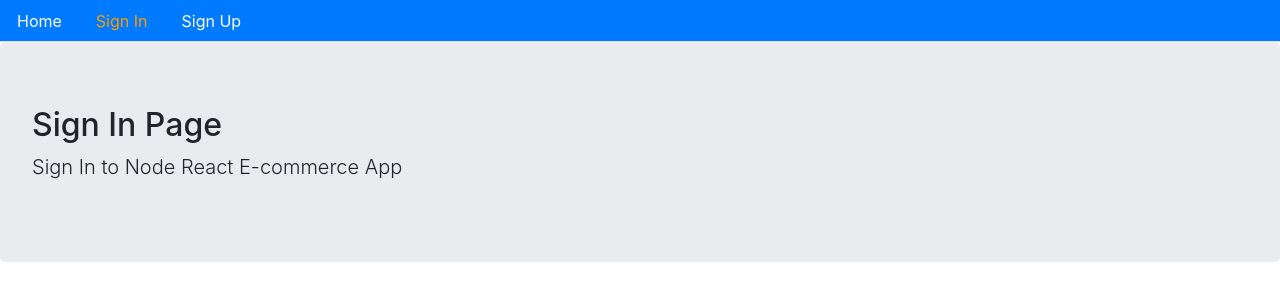
Repository: pragnyatata/Ecommerce
Page: /signin (app in ecommerce-front/)
An editor plug-in stored every save of this project. The page is shown before and after the next save, followed by the edit.
The browser window is 1280 px wide. The pictures show the whole page.
The project was rebuilt for these pictures with package versions that can differ from the ones it lists, and the page was loaded fresh each time. Also part of the build but not shown: ecommerce-front/src/App.js, ecommerce-front/src/user/Signup.js, ecommerce-front/src/core/Home.js.

Above is the page before, as saved 2020-01-18 21:16:04.

### ecommerce-front/public/index.html
<!DOCTYPE html>
<html lang="en">
  <head>
    <meta charset="utf-8" />
    <link rel="icon" href="%PUBLIC_URL%/favicon.ico" />
    <meta name="viewport" content="width=device-width, initial-scale=1" />
    <meta name="theme-color" content="#000000" />
    <meta
      name="description"
      content="Web site created using create-react-app"
    />
    <link rel="apple-touch-icon" href="%PUBLIC_URL%/logo192.png" />
    <link rel="manifest" href="%PUBLIC_URL%/manifest.json" />
    <link
      rel="stylesheet"
      href="https://maxcdn.bootstrapcdn.com/bootstrap/4.0.0/css/bootstrap.min.css"
      integrity="sha384-Gn5384xqQ1aoWXA+058RXPxPg6fy4IWvTNh0E263XmFcJlSAwiGgFAW/dAiS6JXm"
      crossorigin="anonymous"
    />

    <title>React App</title>
  </head>
  <body>
    <noscript>You need to enable JavaScript to run this app.</noscript>
    <div id="root"></div>
  </body>
</html>

### ecommerce-front/src/index.js
import React from "react";
import ReactDOM from "react-dom";
import App from "./App";
import Routes from "./Routes";
ReactDOM.render(<Routes />, document.getElementById("root"));

### ecommerce-front/src/Routes.js
import React, { Component } from "react";
import { BrowserRouter, Switch, Route } from "react-router-dom";
import Signup from "./user/Signup";
import Signin from "./user/Signin";
import Home from "./core/Home";
import Menu from "./core/Menu";
const Routes = () => {
  return (
    <BrowserRouter>
      <Menu />
      <Switch>
        <Route path="/" exact component={Home} />
        <Route path="/signin" exact component={Signin} />
        <Route path="/signup" exact component={Signup} />
      </Switch>
    </BrowserRouter>
  );
};
export default Routes;

### ecommerce-front/src/user/Signin.js
import React, { Component } from "react";
import Layout from "../core/Layout";
const Signin = () => (
  <Layout
    title="Sign In Page"
    description=" Sign In to Node React E-commerce App"
  ></Layout>
);
export default Signin;

### ecommerce-front/src/core/Menu.js
import React from "react";
import { Link, withRouter } from "react-router-dom";
const isActive = (history, path) => {
  if (history.location.pathname === path) return { color: "#ff9900" };
  return { color: "#ffffff" };
};

const Menu = ({ history }) => (
  <div>
    <ul className="nav nav-tabs bg-primary">
      <li className="nav-item">
        <Link className="nav-link" style={isActive(history, "/")} to="/">
          Home
        </Link>
      </li>
      <li className="nav-item">
        <Link
          className="nav-link"
          style={isActive(history, "/signin")}
          to="/signin"
        >
          Sign In{" "}
        </Link>
      </li>
      <li className="nav-item">
        <Link
          className="nav-link"
          style={isActive(history, "/signup")}
          to="/signup"
        >
          Sign Up
        </Link>
      </li>
    </ul>
  </div>
);
export default withRouter(Menu);

### ecommerce-front/src/core/Layout.js
import React from "react";
const Layout = ({
  title = "Title",
  description = "Description",
  className,
  children
}) => (
  <div>
    <div className="jumbotron">
      <h2>{title}</h2>
      <p className="lead">{description}</p>
    </div>
    <div className={className}>{children}</div>
  </div>
);
export default Layout;

After the next save:
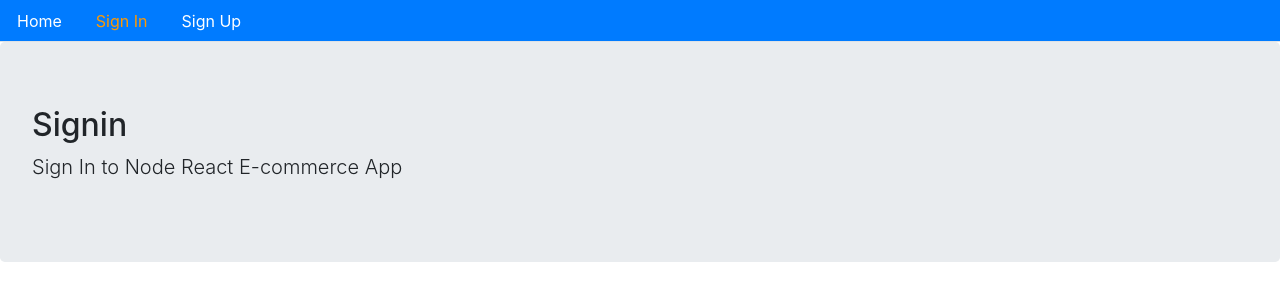
Saved 14 s later.
--- a/ecommerce-front/src/user/Signin.js
+++ b/ecommerce-front/src/user/Signin.js
@@ -2,7 +2,7 @@ import React, { Component } from "react";
 import Layout from "../core/Layout";
 const Signin = () => (
   <Layout
-    title="Sign In Page"
+    title="Signin "
     description=" Sign In to Node React E-commerce App"
   ></Layout>
 );
